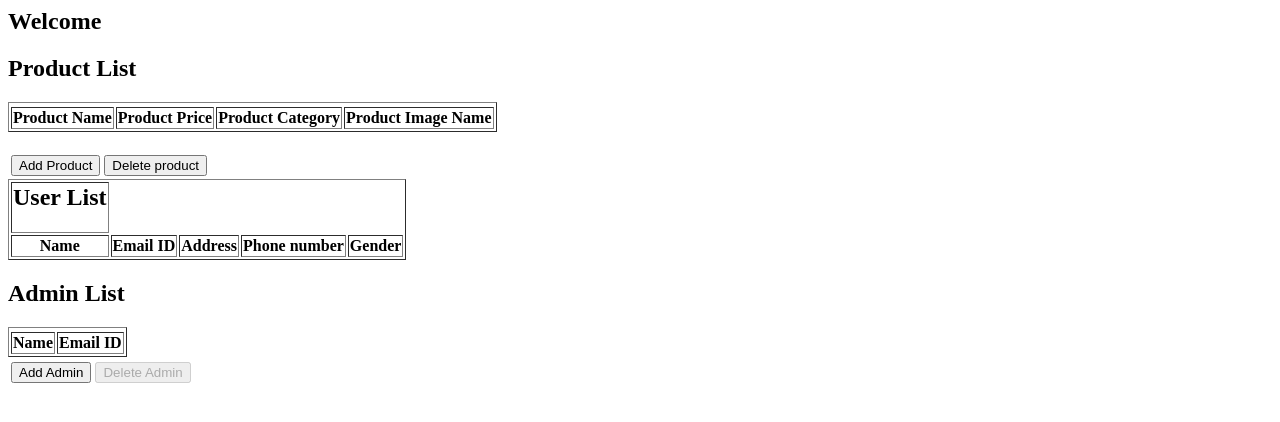
Repository: mohitpratapsingh/GSAP2015
Page: http://localhost/Team-C/adminBack
These files come from the project's save history. The page is drawn as it stood at one moment and after the next save; the edit follows.
The browser window is 1280 px wide. The pictures show the whole page.
The page is served by Tomcat 9. Other server files are loaded and not shown. The template is opened directly, without the code that normally fills it, so the values that code supplies are empty.

Above is the page before, as saved 2015-09-07 19:36:37.

### Team-C/src/main/webapp/WEB-INF/views/superAdminHome.jsp
<%@ taglib uri="http://java.sun.com/jsp/jstl/core" prefix="c" %>
<%@ taglib uri="http://java.sun.com/jsp/jstl/functions" prefix="fn" %>
<%@ page session="false" %>
<html>
<head>
	<title>Home</title>

</head>
<body>
<h2>
Welcome ${dataMap.get("user").getUserFname()}
</h2>

<%--  <c:set var="temp" value="${dataMap.get(.\"productList.\")}"/>
<c:out value="${salary}"/>


<h1>${temp.getpName()} </h1>

 --%>

<p1>
<table border="1">
<thead>
 <tr><h2>Product List</h2></tr>
 <tr>
    <th>Product Name</th>
    <th>Product Price</th>
    <th>Product Category</th>
    <th>Product Image Name</th>
  </tr>
</thead>

 <tbody>
 <c:forEach items="${dataMap.get(\"productList\")}" var="product">
    <tr>
    <td><input type="checkbox" name="products" value="${product.getpId()}" style="cursor: pointer;" onclick="onChangeCheckbox (this)" /></td>
      <td>${product.getpName()}</td>
      <td>${product.getPrice()}</td>
      <td>${product.getCategory()}</td>
      <td>${product.getImageName()}</td>
    </tr>
  </c:forEach>
  </tbody>
</table>
</p1>
</br>
<table>
<tr></tr>
<tr>
<td>
<input type="button" value="Add Product" onclick="window.location='addProductForm';" />
</td>
<td>
<button onclick="delProduct()">Delete product</button>
</td>
</tr></table>
<p2>
<table border="1">
<thead>
 <th><h2>User List</h2></th>
 <tr>
    <th>Name</th>
    <th>Email ID</th>
    <th>Address</th>
    <th>Phone number</th>
    <th>Gender</th>
  </tr>
</thead>

 <tbody>
 <c:forEach items="${dataMap.get(\"userList\")}" var="user">
    <tr>
      <td>${user.getUserFname()} ${user.getUserLname()}</td>
      <td>${user.getEmailId()}</td>
      <td>${user.getAddressLine1()} ${user.getAddressLine2()}</td>
      <td>${user.getPhoneNumber()}</td>
      <td>${user.getGender()}</td>
    </tr>
  </c:forEach>
  </tbody>
</table>
</p2>
<p3>
<table border="1">
<thead>
 <tr><h2>Admin List</h2></tr>
 <tr>
    <th>Name</th>
    <th>Email ID</th>
   <!--  <th>Address</th> -->
<!--     <th>Phone number</th>
    <th>Gender</th> -->
  </tr>
</thead>

 <tbody>
 <c:forEach items="${dataMap.get(\"adminList\")}" var="admin">
    <tr>
    <td><input type="checkbox" id="cbox" value="${admin.getEmailId()}"  onclick="onCheckbox2 (this)" /></td>
      <td>${admin.getUserFname()} ${admin.getUserLname()}</td>
      <td>${admin.getEmailId()}</td>

    </tr>
  </c:forEach>
  </tbody>
</table>
<table>
<tr></tr>
<tr>
<td>
<input type="button" value="Add Admin" onclick="window.location='adminRegForm';" />
</td>
<td>
<input type="button" id="delAdmin" value="Delete Admin" disabled onclick="delAdmin()" />

</td>
</tr></table>
</p3>

<script type="text/javascript">
var checker = document.getElementById('cbox');
var sendbtn = document.getElementById('delAdmin');
var username;
 function onCheckbox2() {
  sendbtn.disabled = false;
  username=checker.value;
};

function delAdmin() {

	window.location.href = "deleteAdmin?userName=" + username;
}


var test=[];

        function onChangeCheckbox (checkbox) {
            if (checkbox.checked)
            {
               test.push(checkbox.value);
            }

            else
            {
            		var index;
            		for(i=0;i<test.length;i++)
            		{
            			if(test[i]==checkbox.value)
            			index=i;
            		}
            		if(index > -1)
            		test.splice(index,1);


            }
       	}

      function delProduct() {

    	  window.location = "deleteProduct?prodIductList=" +test;

        }
    </script>


</body>
</html>

After the next save:
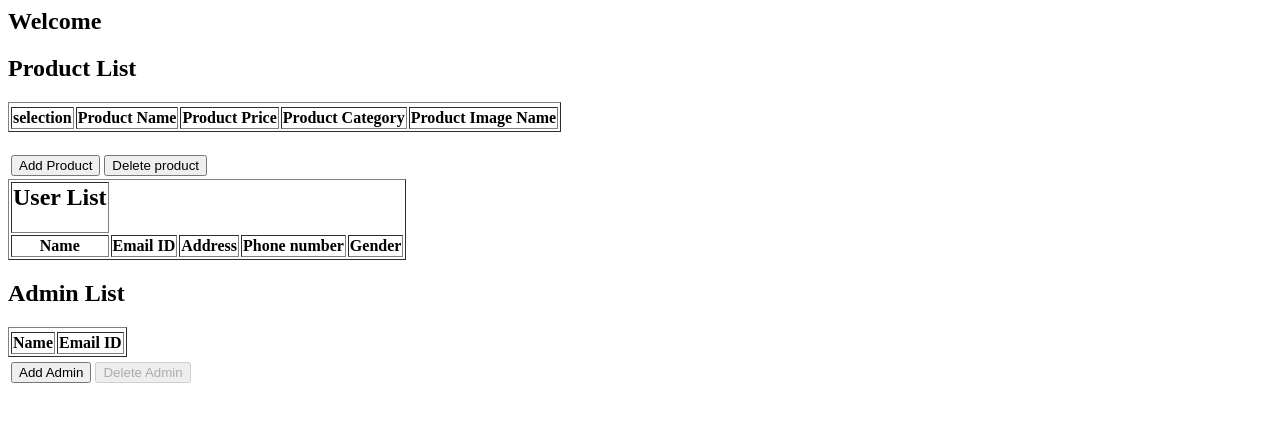
Saved 31 s later.
--- a/Team-C/src/main/webapp/WEB-INF/views/superAdminHome.jsp
+++ b/Team-C/src/main/webapp/WEB-INF/views/superAdminHome.jsp
@@ -24,6 +24,7 @@ Welcome ${dataMap.get("user").getUserFname()}
 <thead>
  <tr><h2>Product List</h2></tr>
  <tr>
+ 	<th>selection</th>
     <th>Product Name</th>
     <th>Product Price</th>
     <th>Product Category</th>
